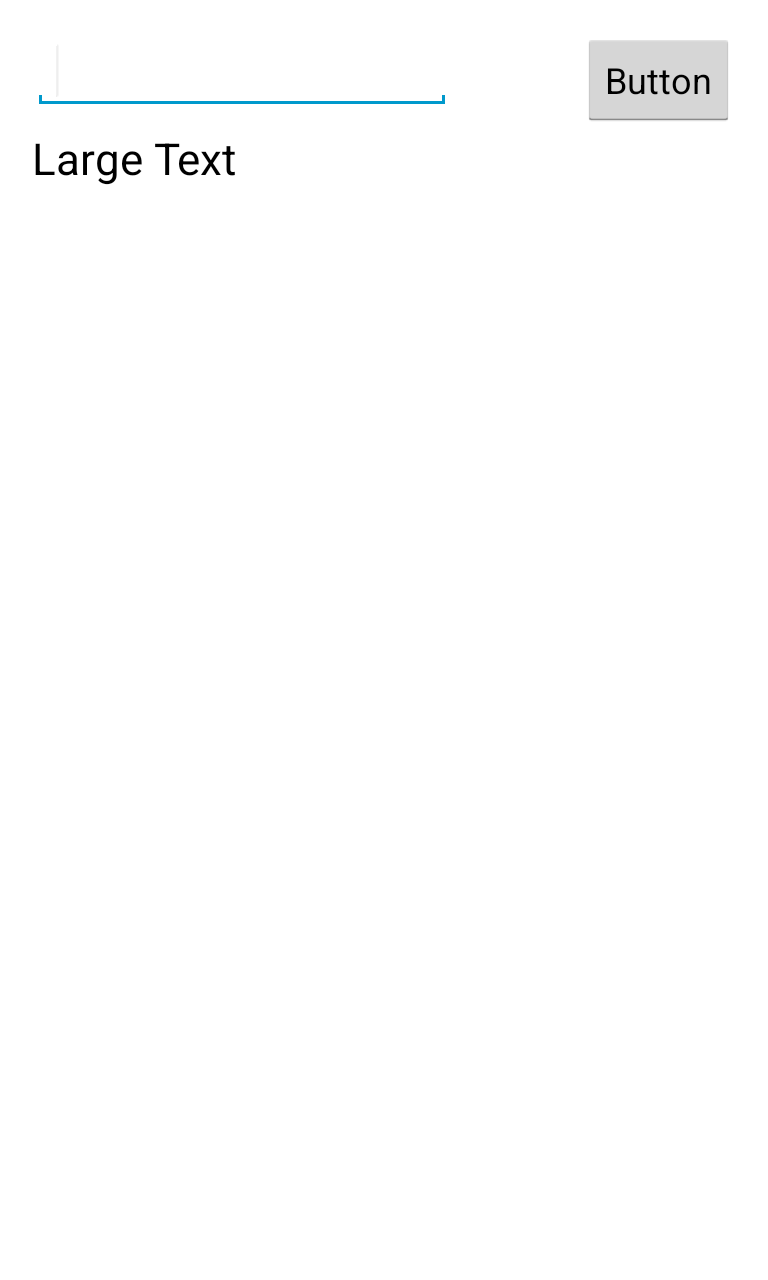
Repository: thenewcircle/class-3290
Layout: Fib/res/layout/activity_main.xml
An editor plug-in stored every save of this project. The layout is shown before and after the next save, followed by the edit.
It is drawn on a 768 x 1280 px phone screen (xhdpi) without system bars, with theme AppTheme; the app's code is not run.

Above is the layout before, as saved 2013-10-28 14:17:31.

After the next save:
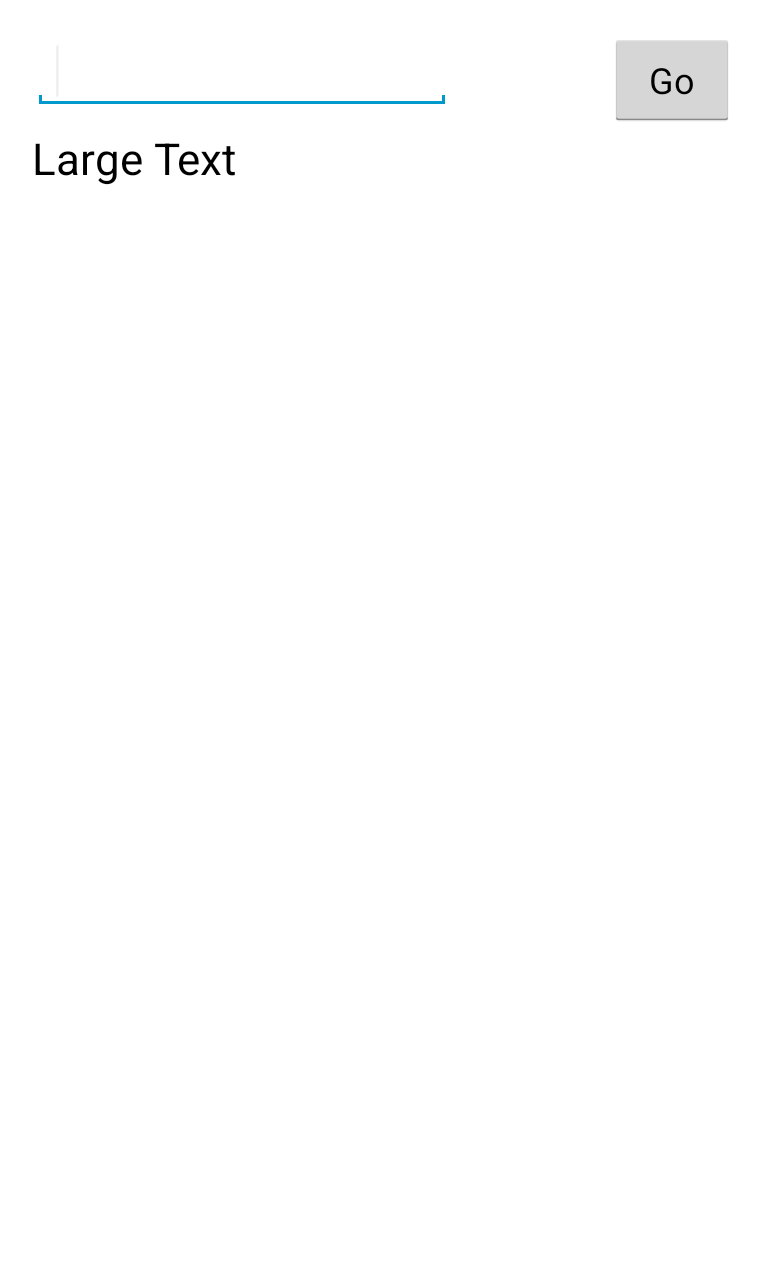
Saved 8 s later.
--- a/Fib/res/layout/activity_main.xml
+++ b/Fib/res/layout/activity_main.xml
@@ -35,6 +35,6 @@
         android:layout_height="wrap_content"
         android:layout_alignParentRight="true"
         android:layout_alignParentTop="true"
-        android:text="Button" />
+        android:text="@string/go" />
 
 </RelativeLayout>
